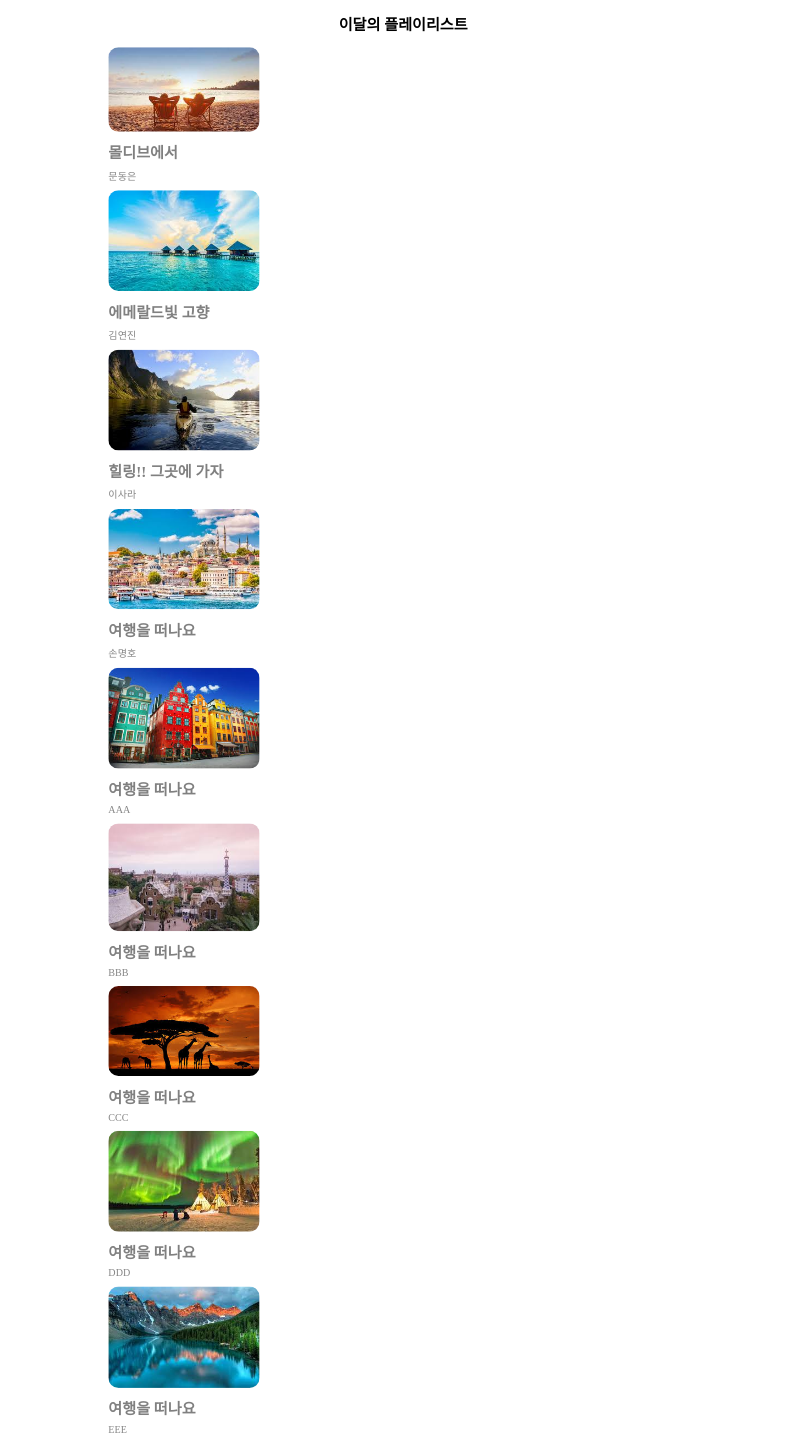
Repository: daeun0220/KB_EDU_JAVA
Page: work03_FrontUI/front03_CSS3/src/main/webapp/css04_flexbox_exam.html
The author's editor kept a copy of each file at every save. The page is drawn from the files as they stood at one save, then again after the next save.
The browser window is 1280 px wide. The pictures show the whole page, at 63% of full size.

Above is the page before, as saved 2023-08-09 02:14:29.

After the next save:
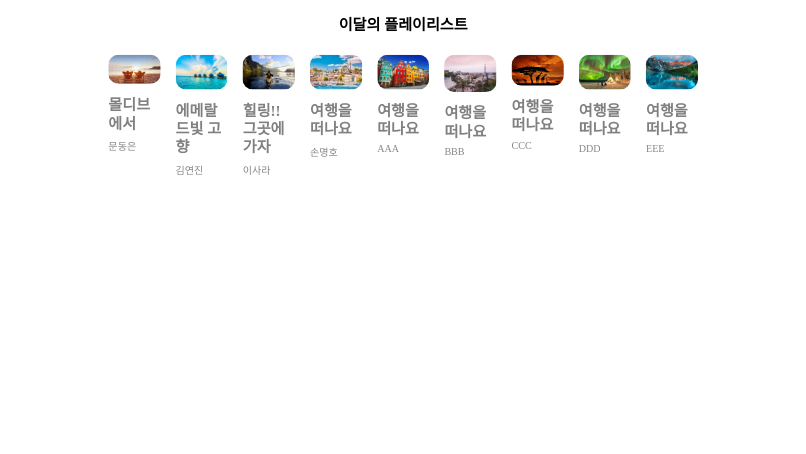
Saved 4 min 14 s later.
--- a/work03_FrontUI/front03_CSS3/src/main/webapp/css04_flexbox_exam.html
+++ b/work03_FrontUI/front03_CSS3/src/main/webapp/css04_flexbox_exam.html
@@ -4,46 +4,42 @@
   <meta charset="utf-8">
   <title>KB Music</title>
   <style type="text/css">
+body {
+	width: 960px;
+	margin: 0 auto;
+}
 
-   body{
-  	width: 960px;
-  	margin: 0 auto;
+h2 {
+	text-align: center;
+}
 
-
-
-  }
-
-  h2{
-  	text-align: center;
-
-  }
-
+.playlists {
+	display: flex;
+}
 
 .playlist {
-  width: 240px;
-  margin: 12px;
+	width: 240px;
+	margin: 12px;
 }
 
 .playlist-thumb {
-  width: 100%;
-  border-radius: 16px;
+	width: 100%;
+	border-radius: 16px;
 }
 
 .playlist-title {
-  font-weight: 700;
-  font-size: 24px;
-  line-height: 29px;
-  margin: 16px 0 8px;
-  color: Gray
-
+	font-weight: 700;
+	font-size: 24px;
+	line-height: 29px;
+	margin: 16px 0 8px;
+	color: Gray
 }
 
 .playlist-artist {
-  color: #868686;
-  margin: 0;
+	color: #868686;
+	margin: 0;
 }
-
-  </style>
+</style>
 </head>
 <body>
   <section>
